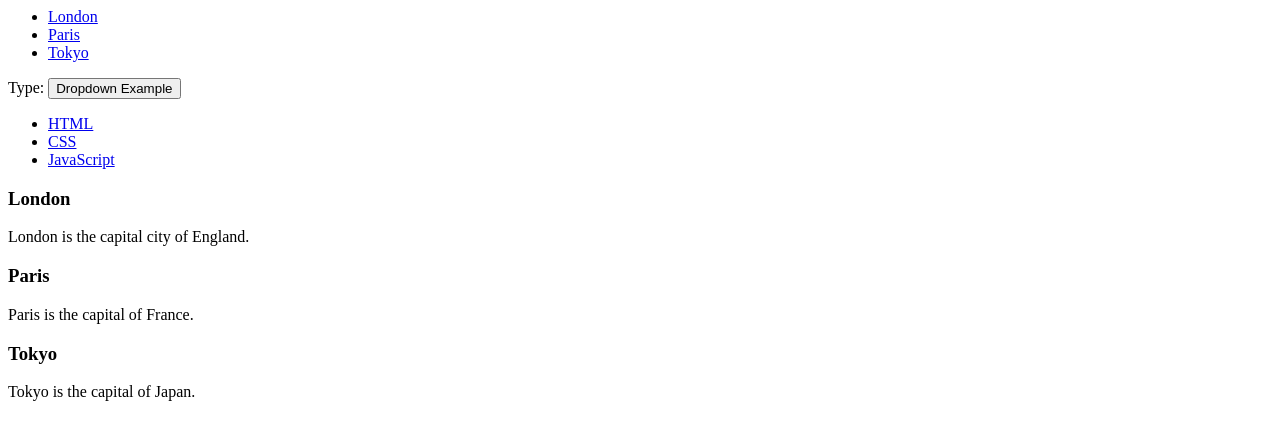
Repository: iancwwong/DigitalBibliographicalLibrary
Page: http://localhost/DigitalBibliographicLibrary/include/advancedsearch.jsp
An editor plug-in stored every save of this project. The page is shown before and after the next save, followed by the edit.
The browser window is 1280 px wide. The pictures show the whole page.
The page is served by Tomcat 9. Other server files are loaded and not shown.

Above is the page before, as saved 2016-08-29 23:58:58.

### DigitalBibliographicLibrary/WebContent/include/advancedsearch.jsp
<div class="container">

	<ul class="tab">
		<li><a href="#" class="tablinks" onclick="openCity(event, 'London')">London</a></li>
		<li><a href="#" class="tablinks" onclick="openCity(event, 'Paris')">Paris</a></li>
		<li><a href="#" class="tablinks" onclick="openCity(event, 'Tokyo')">Tokyo</a></li>
	</ul>

	<div class="dropdown">
		Type:
		<button class="btn btn-default dropdown-toggle" type="button" data-toggle="dropdown">Dropdown Example
		<span class="caret"></span></button>
		<ul class="dropdown-menu">
			<li><a href="#">HTML</a></li>
			<li><a href="#">CSS</a></li>
			<li><a href="#">JavaScript</a></li>
		</ul>
	</div>

	<div id="London" class="tabcontent">
		<h3>London</h3>
		<p>London is the capital city of England.</p>
	</div>

	<div id="Paris" class="tabcontent">
		<h3>Paris</h3>
		<p>Paris is the capital of France.</p>
	</div>

	<div id="Tokyo" class="tabcontent">
		<h3>Tokyo</h3>
		<p>Tokyo is the capital of Japan.</p>
	</div>

</div>

After the next save:
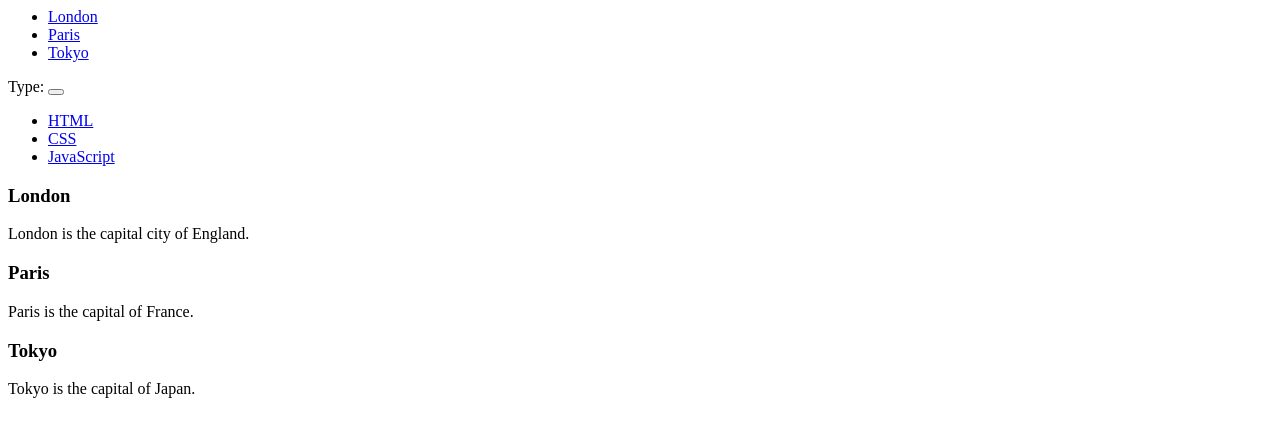
Saved 14 s later.
--- a/DigitalBibliographicLibrary/WebContent/include/advancedsearch.jsp
+++ b/DigitalBibliographicLibrary/WebContent/include/advancedsearch.jsp
@@ -8,7 +8,7 @@
 
 	<div class="dropdown">
 		Type:
-		<button class="btn btn-default dropdown-toggle" type="button" data-toggle="dropdown">Dropdown Example
+		<button class="btn btn-default dropdown-toggle" type="button" data-toggle="dropdown">
 		<span class="caret"></span></button>
 		<ul class="dropdown-menu">
 			<li><a href="#">HTML</a></li>
